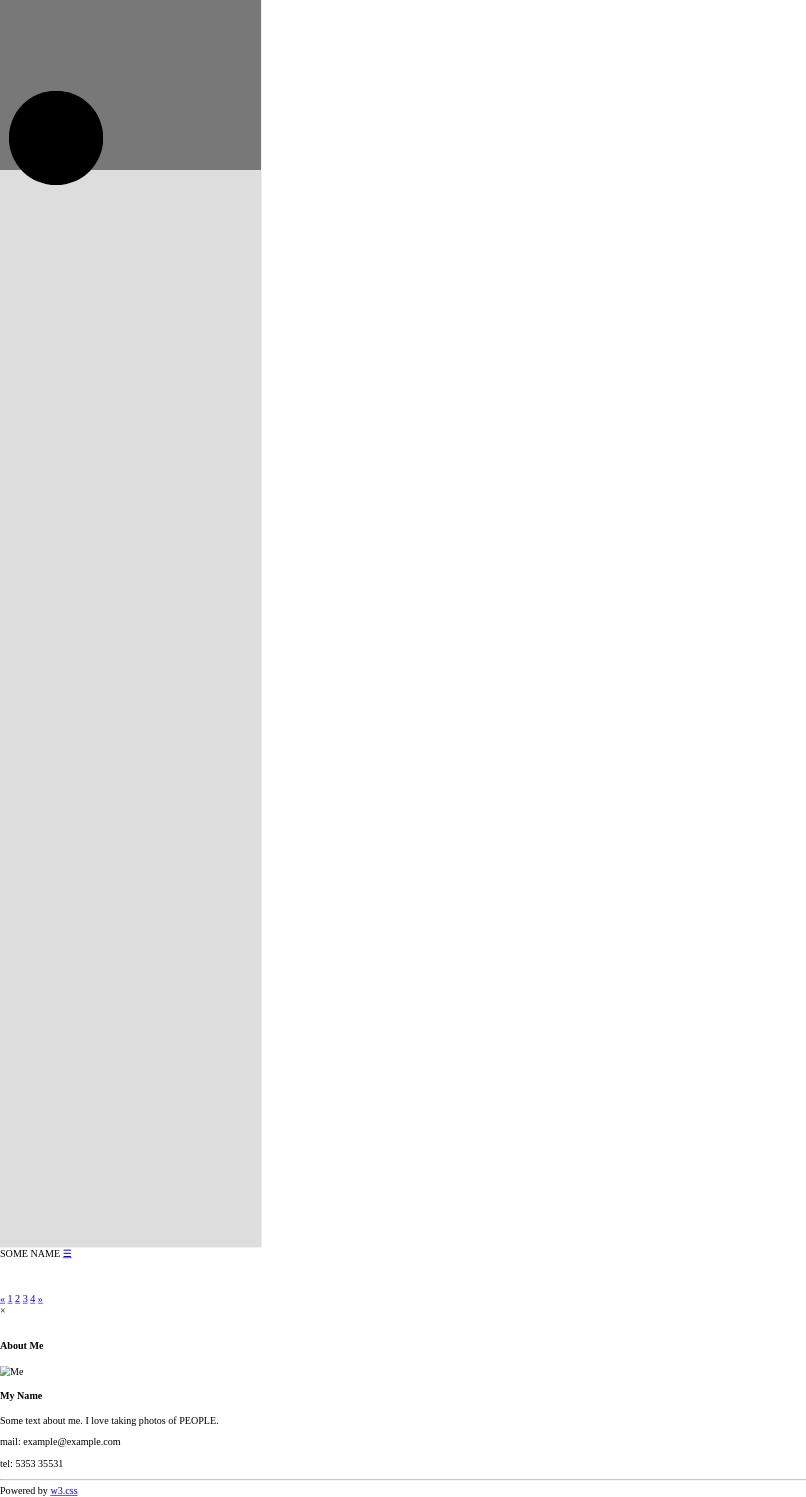
Repository: Jennica1/Frontend-Final
Page: index.html
These files come from the project's save history. The page is drawn as it stood at one moment and after the next save; the edit follows.
The browser window is 1280 px wide. The pictures show the whole page, at 63% of full size.

Above is the page before, as saved 2024-05-09 20:57:40.

After the next save:
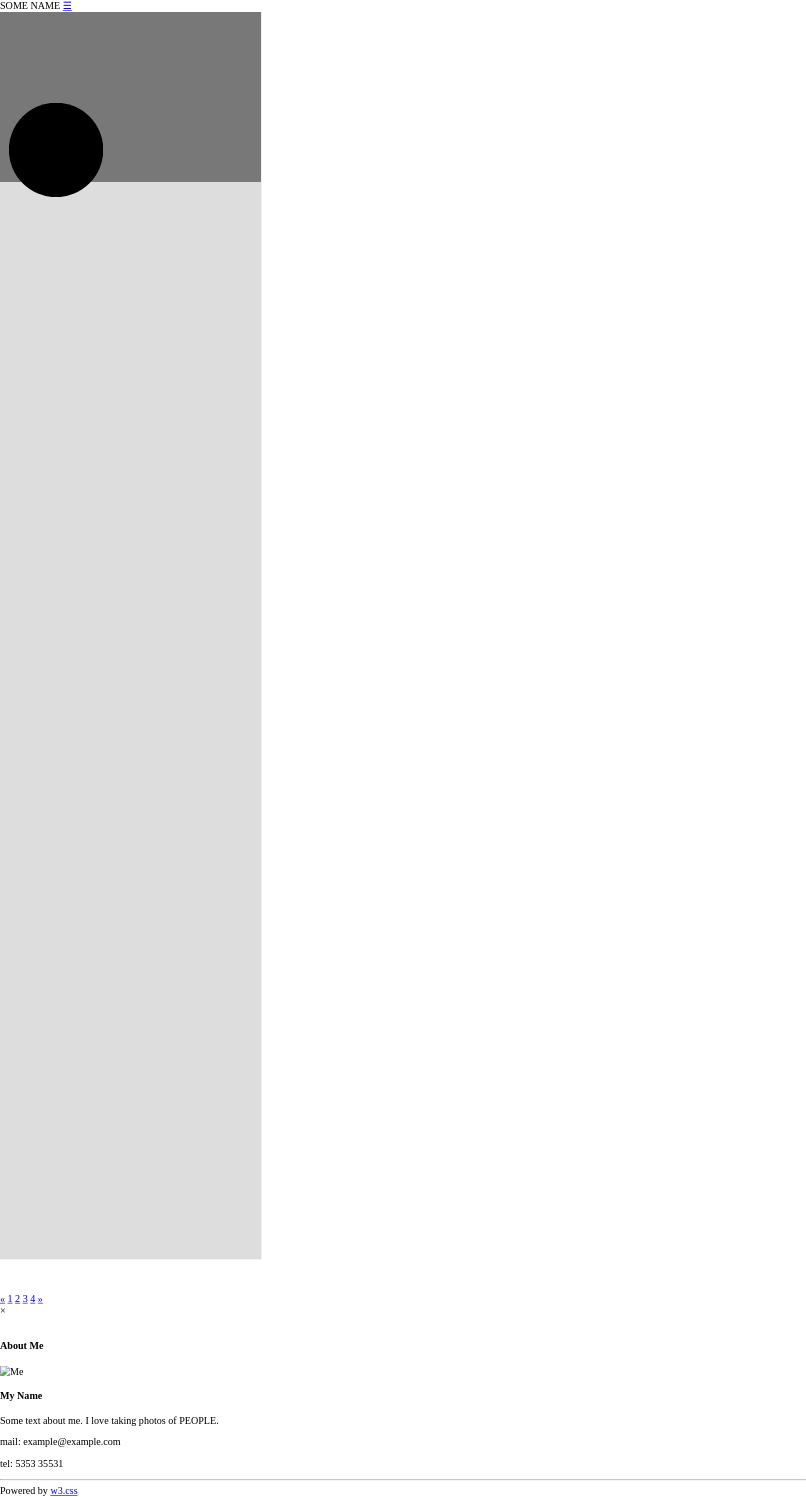
Saved 14 s later.
--- a/index.html
+++ b/index.html
@@ -7,17 +7,18 @@
 <link rel="stylesheet" href="style.css">
 <body>
 
+  <!-- Top menu on small screens -->
+<header class="header">
+  <span class="">SOME NAME</span>
+  <a href="javascript:void(0)" class="" onclick="w3_open()">☰</a>
+</header>
 
 <!--Side Nav-->
 <div class="sidebar">
 <img src="images/Ellipse 1.svg" class="profile" width="150px"/>
 <img src="images/Rectangle 2.svg" class="background-photo"/>
 </div>
-<!-- Top menu on small screens -->
-<header class="header">
-  <span class="">SOME NAME</span>
-  <a href="javascript:void(0)" class="" onclick="w3_open()">☰</a>
-</header>
+
 
 <!-- Overlay effect when opening sidebar on small screens -->
 <div class="" onclick="w3_close()" style="" title="" id="myOverlay"></div>

After the save that followed:
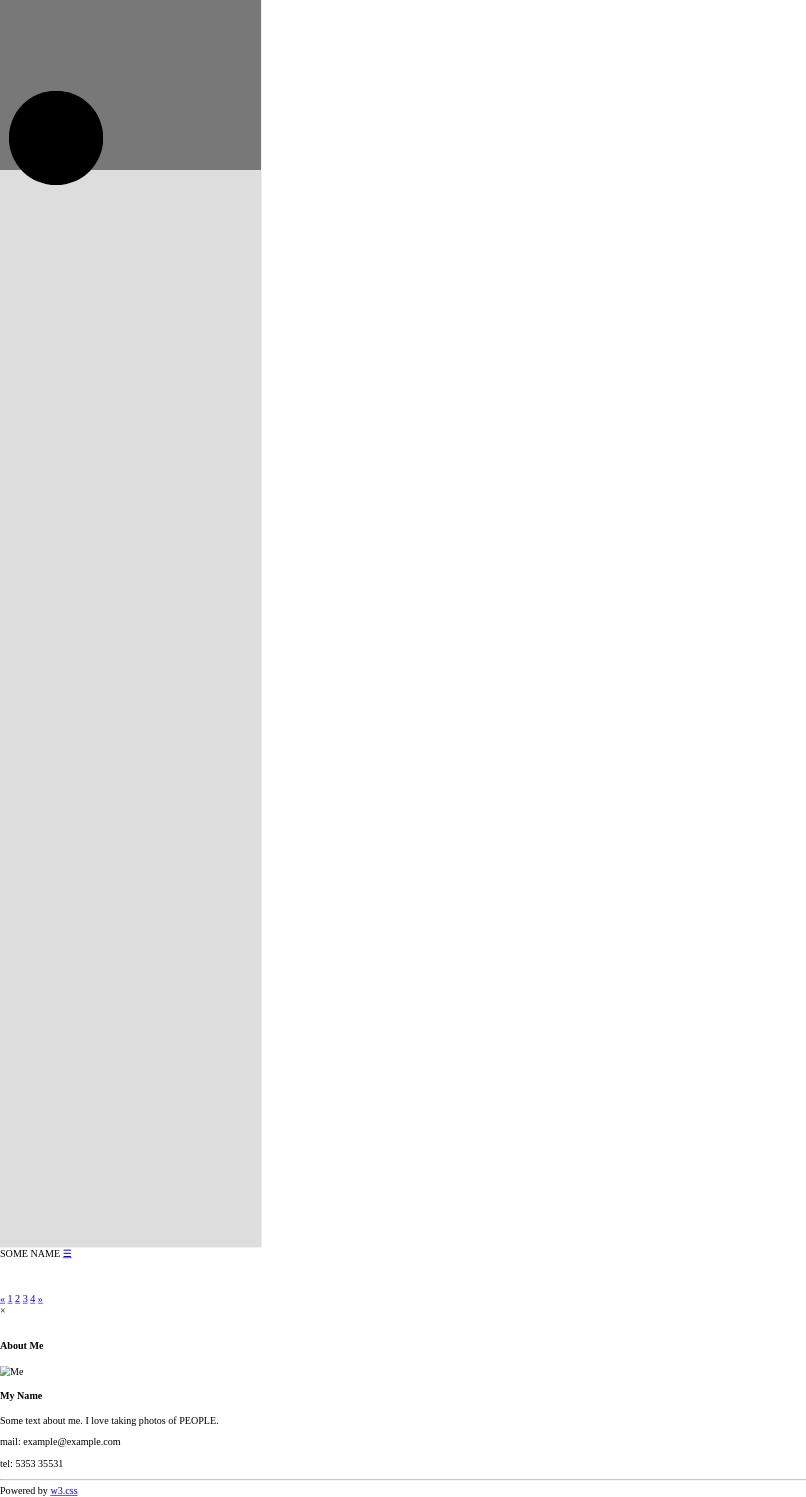
Saved 21 s later.
--- a/index.html
+++ b/index.html
@@ -7,18 +7,17 @@
 <link rel="stylesheet" href="style.css">
 <body>
 
-  <!-- Top menu on small screens -->
-<header class="header">
-  <span class="">SOME NAME</span>
-  <a href="javascript:void(0)" class="" onclick="w3_open()">☰</a>
-</header>
 
 <!--Side Nav-->
 <div class="sidebar">
 <img src="images/Ellipse 1.svg" class="profile" width="150px"/>
 <img src="images/Rectangle 2.svg" class="background-photo"/>
 </div>
-
+<!-- Top menu on small screens -->
+<header class="header">
+  <span class="">SOME NAME</span>
+  <a href="javascript:void(0)" class="" onclick="w3_open()">☰</a>
+</header>
 
 <!-- Overlay effect when opening sidebar on small screens -->
 <div class="" onclick="w3_close()" style="" title="" id="myOverlay"></div>
